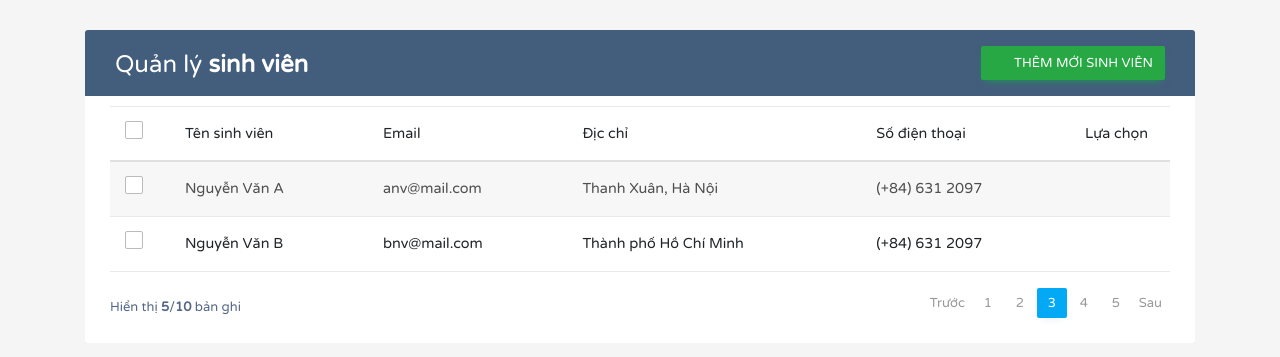
Repository: TinhTT336/MD02_Session06
Page: /
The author's editor kept a copy of each file at every save. The page is drawn from the files as they stood at one save, then again after the next save.
The browser window is 1280 px wide. The pictures show the whole page.
Some web libraries are served in a nearby version. The project was rebuilt for these pictures with package versions that can differ from the ones it lists, and the page was loaded fresh each time. Also part of the build but not shown: vite.config.js, src/App.css, src/mini_project/TodoList.jsx, src/mini_project/Todo.jsx, src/base/Input.jsx, src/base/Radio.jsx, src/base/Checkbox.jsx, src/Homework/AddModal.jsx and 2 more.

Above is the page before, as saved 2023-09-03 12:21:40.

After the next save:
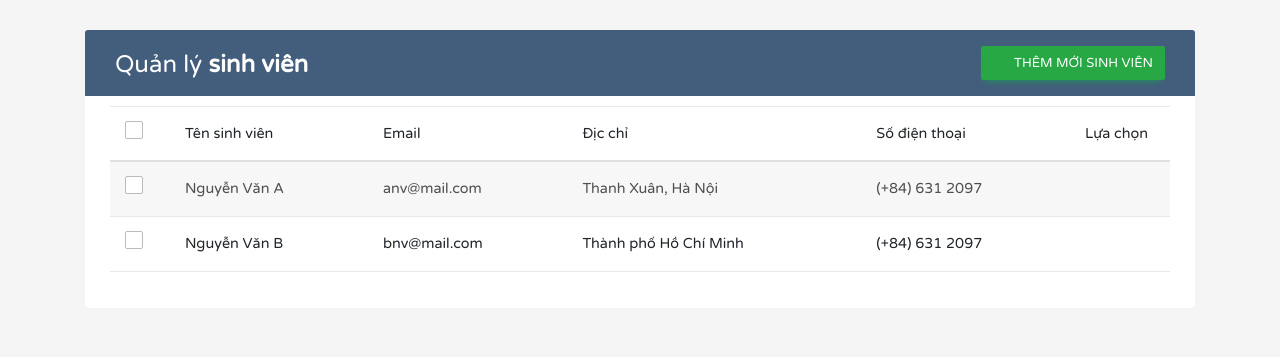
Saved 35 s later.
--- a/src/Homework/Table.jsx
+++ b/src/Homework/Table.jsx
@@ -127,46 +127,7 @@ export default function Table() {
                                 </tr>
                             </tbody>
                         </table>
-                        <div className="clearfix">
-                            <div className="hint-text">
-                                Hiển thị <b>5</b>/<b>10 </b>bản ghi
-                            </div>
-                            <ul className="pagination">
-                                <li className="page-item disabled">
-                                    <a href="#">Trước</a>
-                                </li>
-                                <li className="page-item">
-                                    <a href="#" className="page-link">
-                                        1
-                                    </a>
-                                </li>
-                                <li className="page-item">
-                                    <a href="#" className="page-link">
-                                        2
-                                    </a>
-                                </li>
-                                <li className="page-item active">
-                                    <a href="#" className="page-link">
-                                        3
-                                    </a>
-                                </li>
-                                <li className="page-item">
-                                    <a href="#" className="page-link">
-                                        4
-                                    </a>
-                                </li>
-                                <li className="page-item">
-                                    <a href="#" className="page-link">
-                                        5
-                                    </a>
-                                </li>
-                                <li className="page-item">
-                                    <a href="#" className="page-link">
-                                        Sau
-                                    </a>
-                                </li>
-                            </ul>
-                        </div>
+
                     </div>
                 </div>
             </div>
